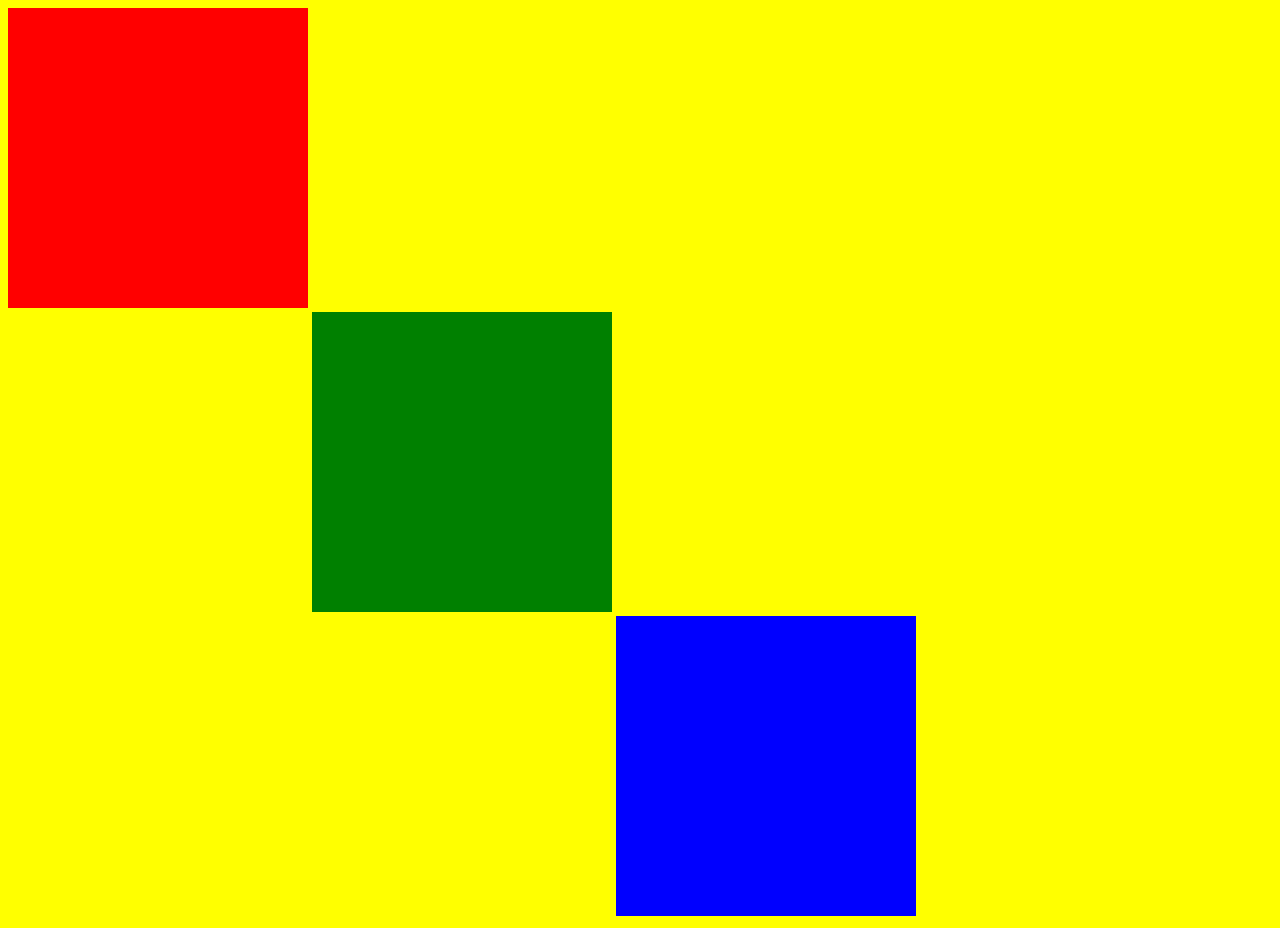
Repository: MicTomm/corso-frontend
Page: HTML/prova2/css.html
The author's editor kept a copy of each file at every save. The page is drawn from the files as they stood at one save, then again after the next save.
The browser window is 1280 px wide. The pictures show the whole page.

Above is the page before, as saved 2023-11-08 16:55:29.

After the next save:
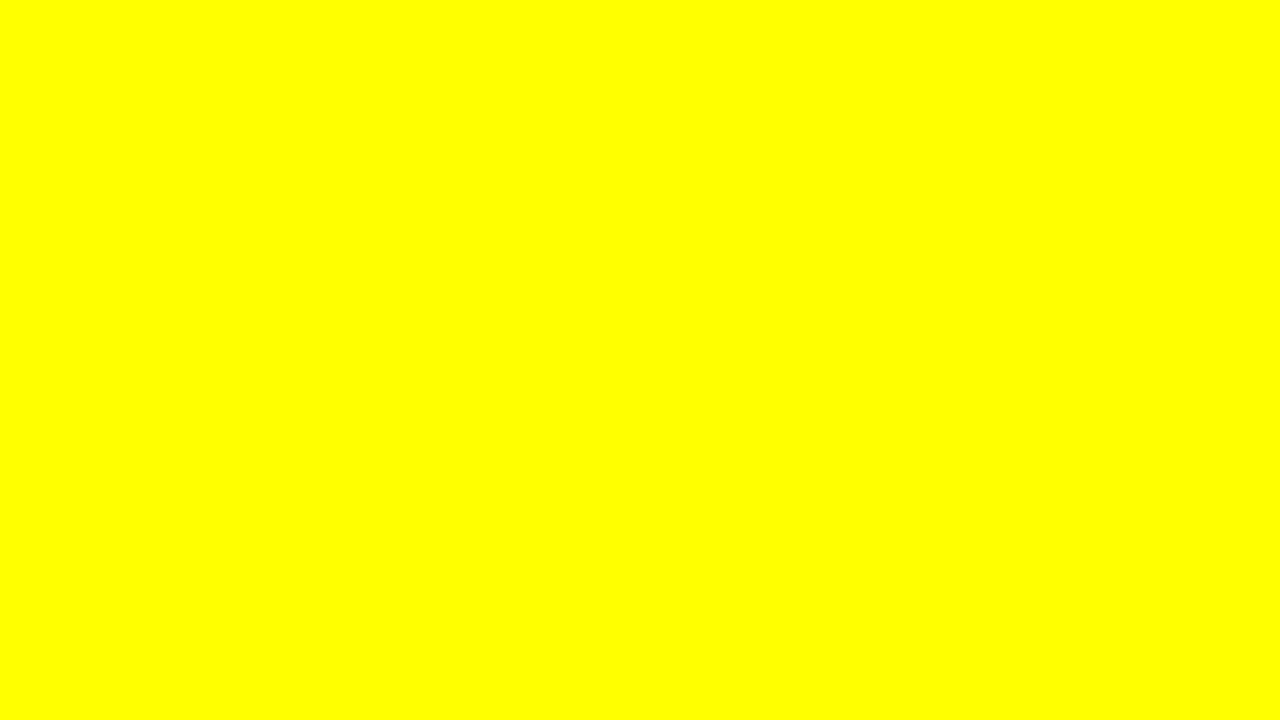
Saved 23 s later.
--- a/HTML/prova2/style.css
+++ b/HTML/prova2/style.css
@@ -5,7 +5,7 @@
 span {
   width: 300px;
   height: 300px;
-  display: inline-block;
+  /* display: inline-block; */
 }
 
 #uno {

After the save that followed:
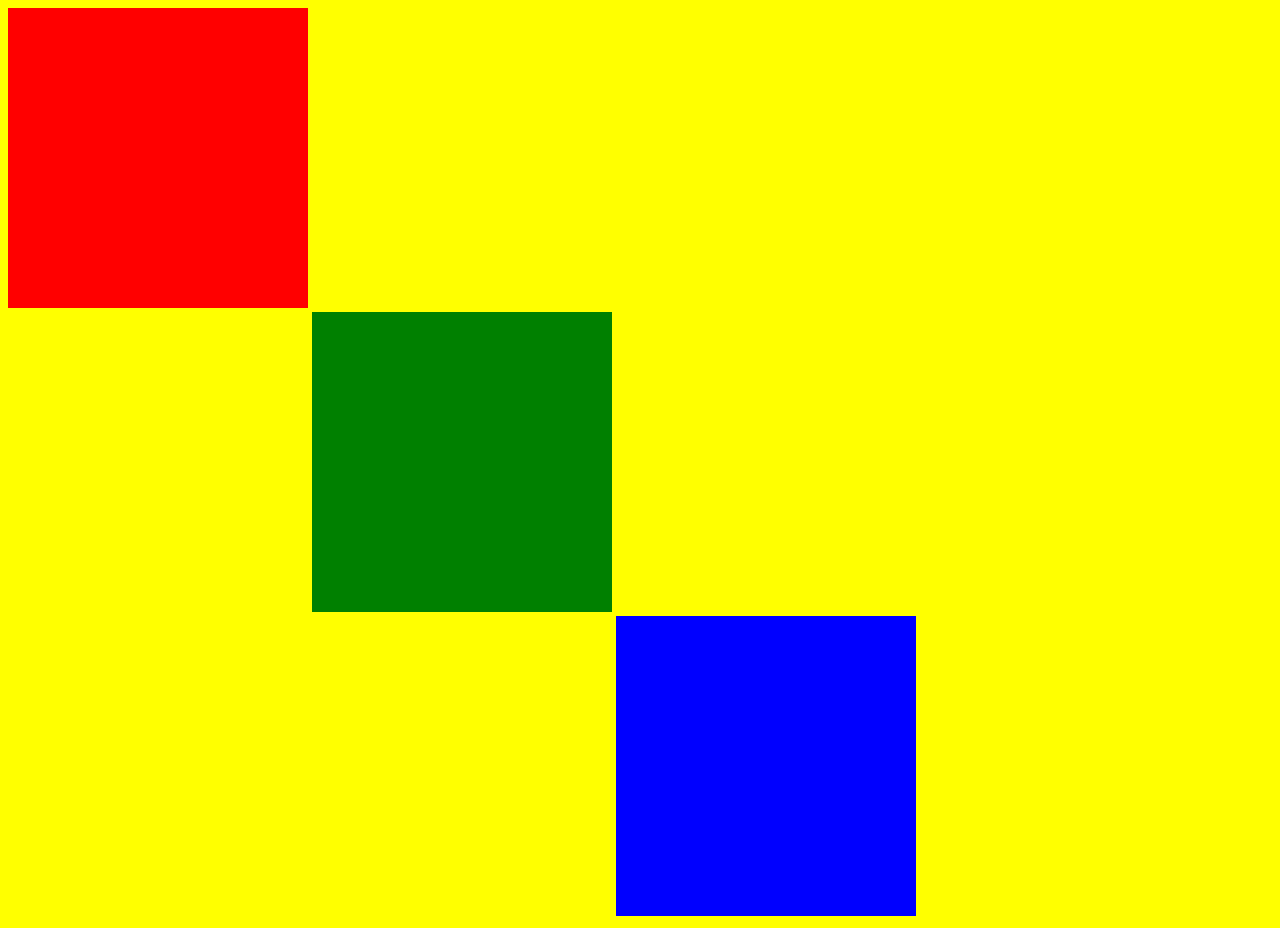
Saved 8 s later.
--- a/HTML/prova2/style.css
+++ b/HTML/prova2/style.css
@@ -5,7 +5,7 @@
 span {
   width: 300px;
   height: 300px;
-  /* display: inline-block; */
+  display: inline-block;
 }
 
 #uno {
